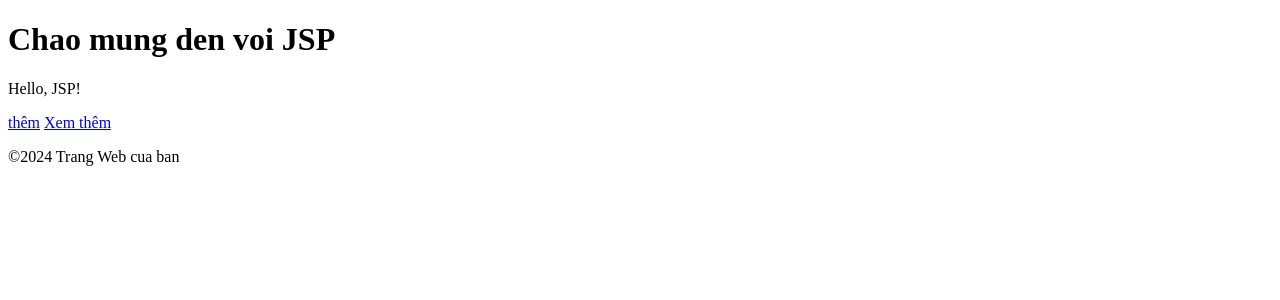
Repository: vuduckhoa/K22CNT2_VuDucKhoa_2210900032_project3
Page: http://localhost/K22CNT2_VuDucKhoa_2210900032_PRJ3/
An editor plug-in stored every save of this project. The page is shown before and after the next save, followed by the edit.
The browser window is 1280 px wide. The pictures show the whole page.
The page is served by Tomcat 9. Other server files are loaded and not shown.

Above is the page before, as saved 2025-02-28 02:28:06.

### K22CNT2_VuDucKhoa_2210900032_PRJ3/src/main/webapp/index.jsp
<%@ page language="java" contentType="text/html; charset=UTF-8"
    pageEncoding="UTF-8"%>
<!DOCTYPE html>
<html>
<head>
<meta charset="UTF-8">
<title>Trang JSP demo</title>


</head>
<body>
<div class="header">
    <h1>Chao mung den voi JSP </h1>


   </div>
   <div class="content">
   <%
   // viet ma Java o day
    String message = " Hello, JSP!";
   out.print("<p>" + message + "</p>");
   %>
   </div>
   <a href="saveform">thêm</a>
  <td><a href="viewform" class="view-more-link">Xem thêm</a></td>
   <div class="footer">
   <p>&copy;2024 Trang Web cua ban </p>
   </div>

</body>
</html>

After the next save:
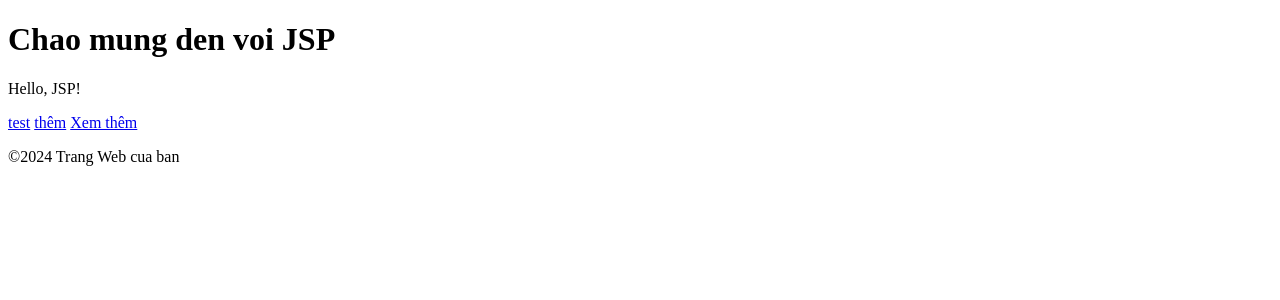
Saved 28 s later.
--- a/K22CNT2_VuDucKhoa_2210900032_PRJ3/src/main/webapp/index.jsp
+++ b/K22CNT2_VuDucKhoa_2210900032_PRJ3/src/main/webapp/index.jsp
@@ -21,6 +21,7 @@
    out.print("<p>" + message + "</p>");
    %>
    </div>
+    <a href="list">test</a>
    <a href="saveform">thêm</a>
   <td><a href="viewform" class="view-more-link">Xem thêm</a></td>
    <div class="footer">
